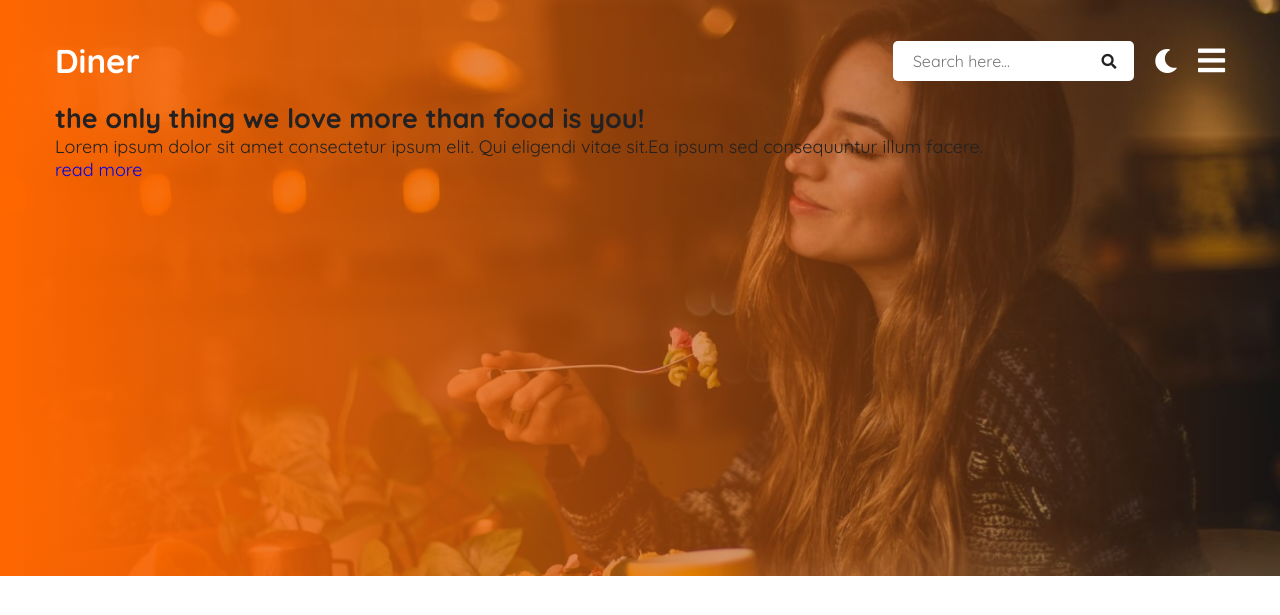
Repository: baobaodeveloper/bootscap21_project_AnhBao_VietToan_VietDuc
Page: index.html
These files come from the project's save history. The page is drawn as it stood at one moment and after the next save; the edit follows.
The browser window is 1280 px wide. The pictures show the whole page.

Above is the page before, as saved 2022-03-02 23:09:39.

After the next save:
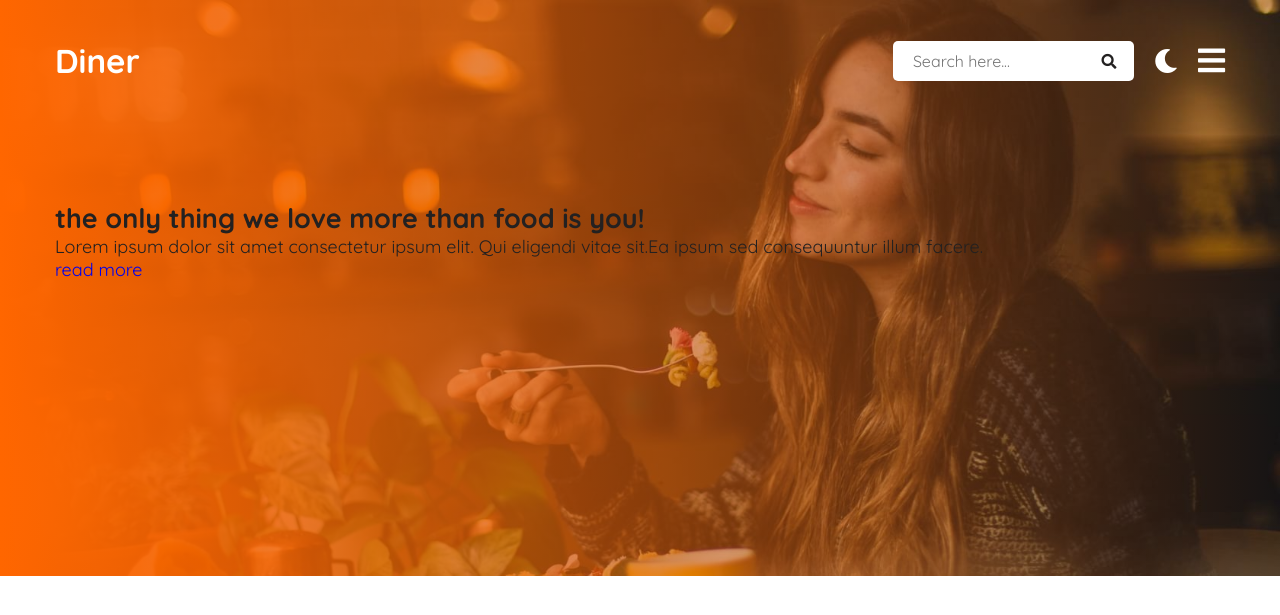
Saved 15 s later.
--- a/style.css
+++ b/style.css
@@ -126,4 +126,8 @@ body {
   font-size: 3.1rem;
 }
 
+.header__content {
+  margin-top: 10rem;
+}
+
 /* header section ends */
